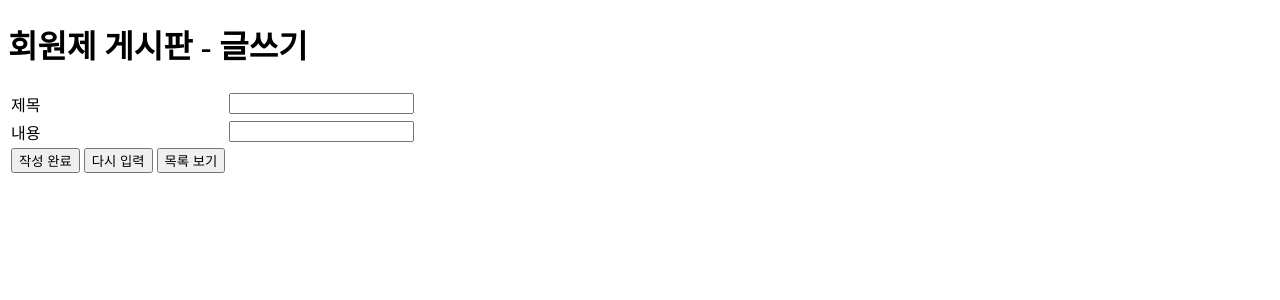
Repository: siucrystal/siuproject
Page: http://localhost/mini_project/write.jsp
These files come from the project's save history. The page is drawn as it stood at one moment and after the next save; the edit follows.
The browser window is 1280 px wide. The pictures show the whole page.
The page is served by Tomcat 9. Other server files are loaded and not shown.

Above is the page before, as saved 2023-09-21 08:19:18.

### jspws/mini_project/src/main/webapp/write.jsp
<%@ page language="java" contentType="text/html; charset=UTF-8"
    pageEncoding="UTF-8"%>
<!DOCTYPE html>
<html>
<head>
<meta charset="UTF-8">
<title>write</title>
</head>
<body>
	<div class="wrap">
        <h1>회원제 게시판 - 글쓰기</h1>
        <form action="view.jsp">
            <div class="main">
                <table>
                    <tbody>
                        <tr>
                            <td>제목</td>
                            <td><input type="text" name="wTitle" id="wTitle"></td>
                        </tr>
                        <tr>
                            <td>내용</td>
                            <td><input type="text" name="wContext" id="wContext"></td>
                        </tr>
                        <tr>
                            <td>
                                <input type="hidden" name="category" value="일반">
                                <input type="submit" value="작성 완료">
                                <input type="button" value="다시 입력">
                                <input type="button" value="목록 보기">
                            </td>
                        </tr>
                    </tbody>
                </table>
            </div>
        </form>
    </div>
</body>
</html>

After the next save:
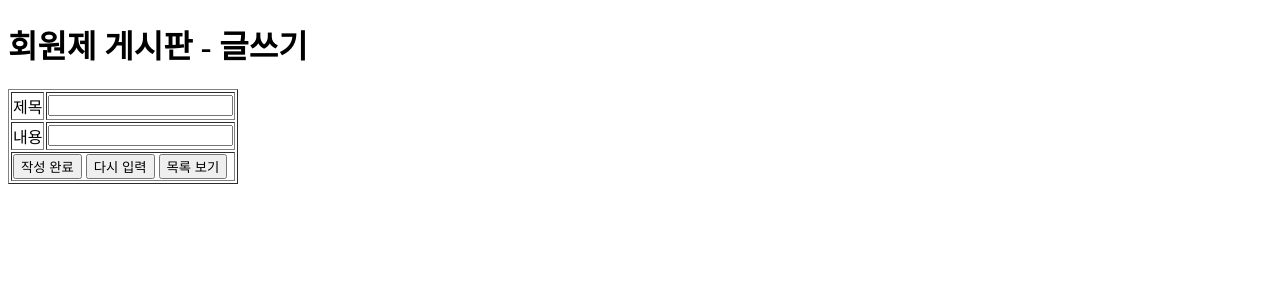
Saved 17 s later.
--- a/jspws/mini_project/src/main/webapp/write.jsp
+++ b/jspws/mini_project/src/main/webapp/write.jsp
@@ -7,22 +7,22 @@
 <title>write</title>
 </head>
 <body>
-	<div class="wrap">
+	 <div class="wrap">
         <h1>회원제 게시판 - 글쓰기</h1>
         <form action="view.jsp">
             <div class="main">
-                <table>
+                <table border="1">
                     <tbody>
                         <tr>
-                            <td>제목</td>
+                            <td class="w_name">제목</td>
                             <td><input type="text" name="wTitle" id="wTitle"></td>
                         </tr>
                         <tr>
-                            <td>내용</td>
+                            <td class="w_name">내용</td>
                             <td><input type="text" name="wContext" id="wContext"></td>
                         </tr>
                         <tr>
-                            <td>
+                            <td colspan="2" class="w_btn">
                                 <input type="hidden" name="category" value="일반">
                                 <input type="submit" value="작성 완료">
                                 <input type="button" value="다시 입력">
